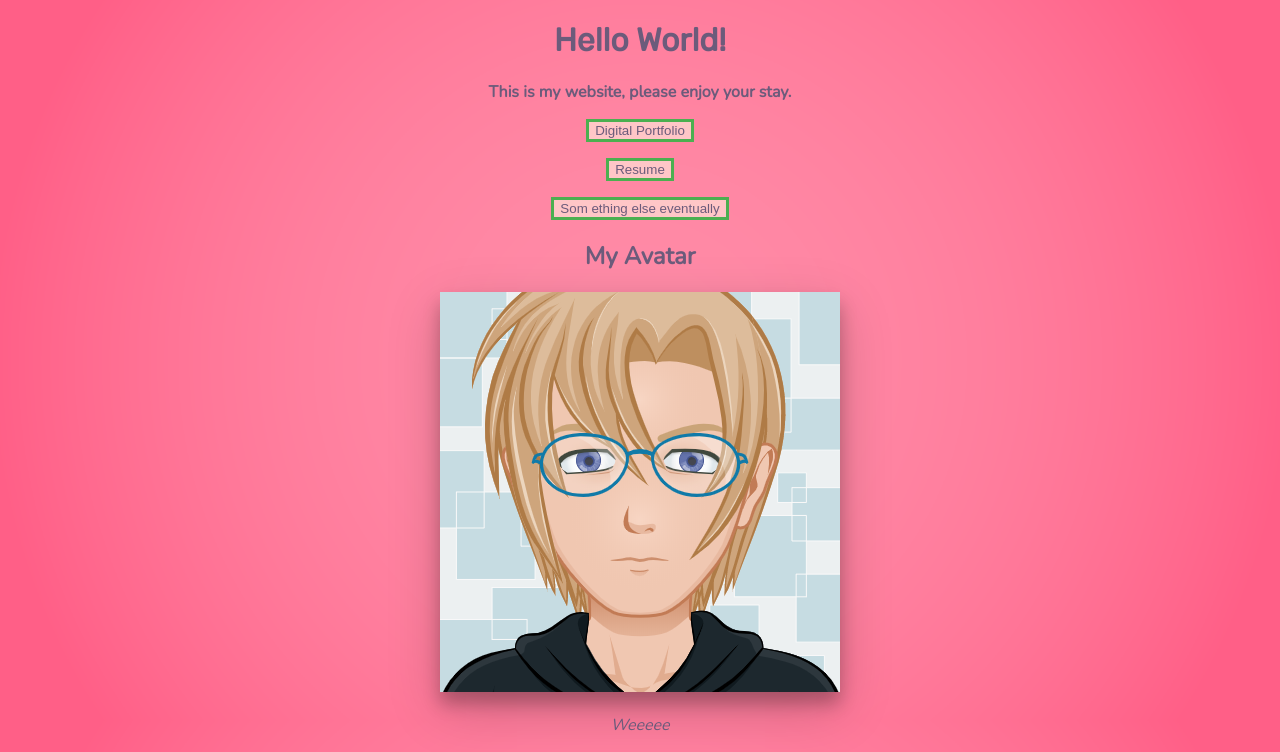
Repository: Ivyeomnky/Ivyeomnky.github.io
Page: index.html
The author's editor kept a record of every edit. The page is drawn from the files as they stood at one moment, then again after the next edit.
The browser window is 1280 px wide. The pictures show the whole page.
Backgrounds fixed to the window are drawn as part of the page.

Above is the page before.

After the next edit:
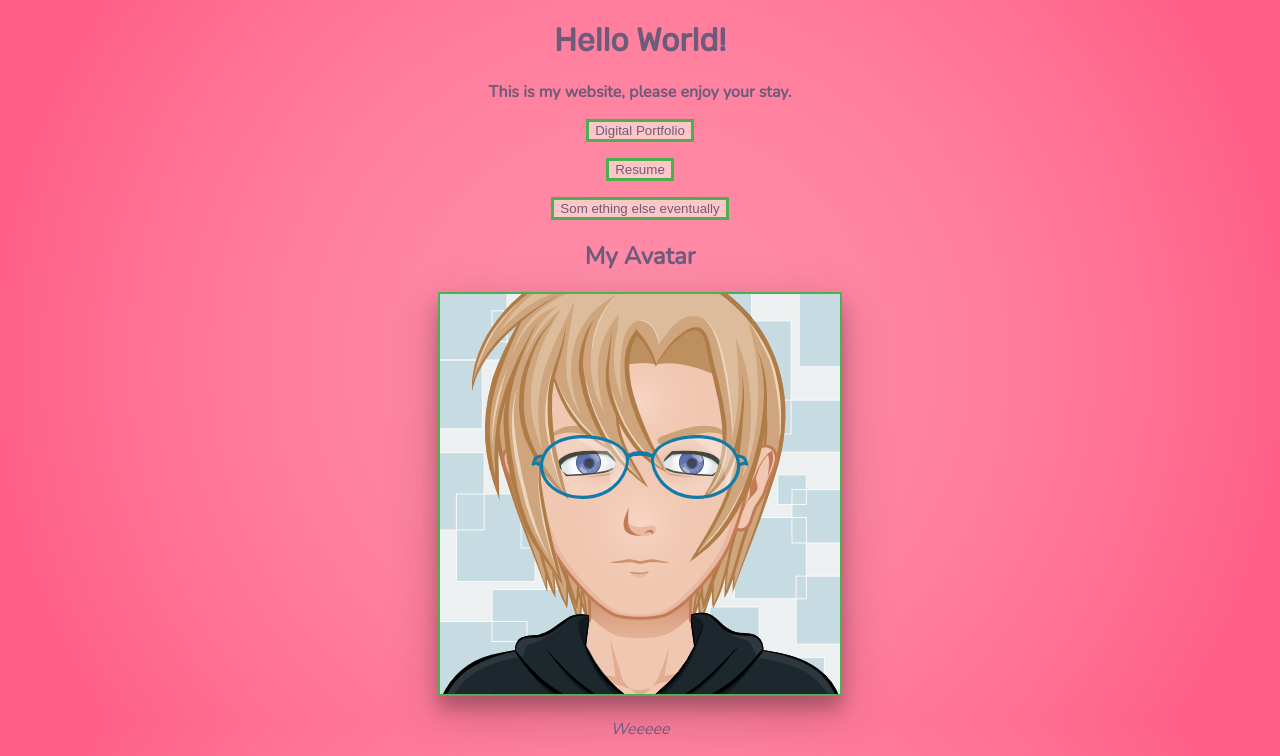
The edit:
--- a/css.css
+++ b/css.css
@@ -23,5 +23,6 @@
   box-shadow:0 12px 16px 0 rgba(0,0,0,0.24), 0 17px 50px 0 rgba(0,0,0,0.19);
 }
 img{
+    border: 2px solid #4CAF50; /* Green */
     box-shadow:0 12px 16px 0 rgba(0,0,0,0.24), 0 17px 50px 0 rgba(0,0,0,0.19);
 }
